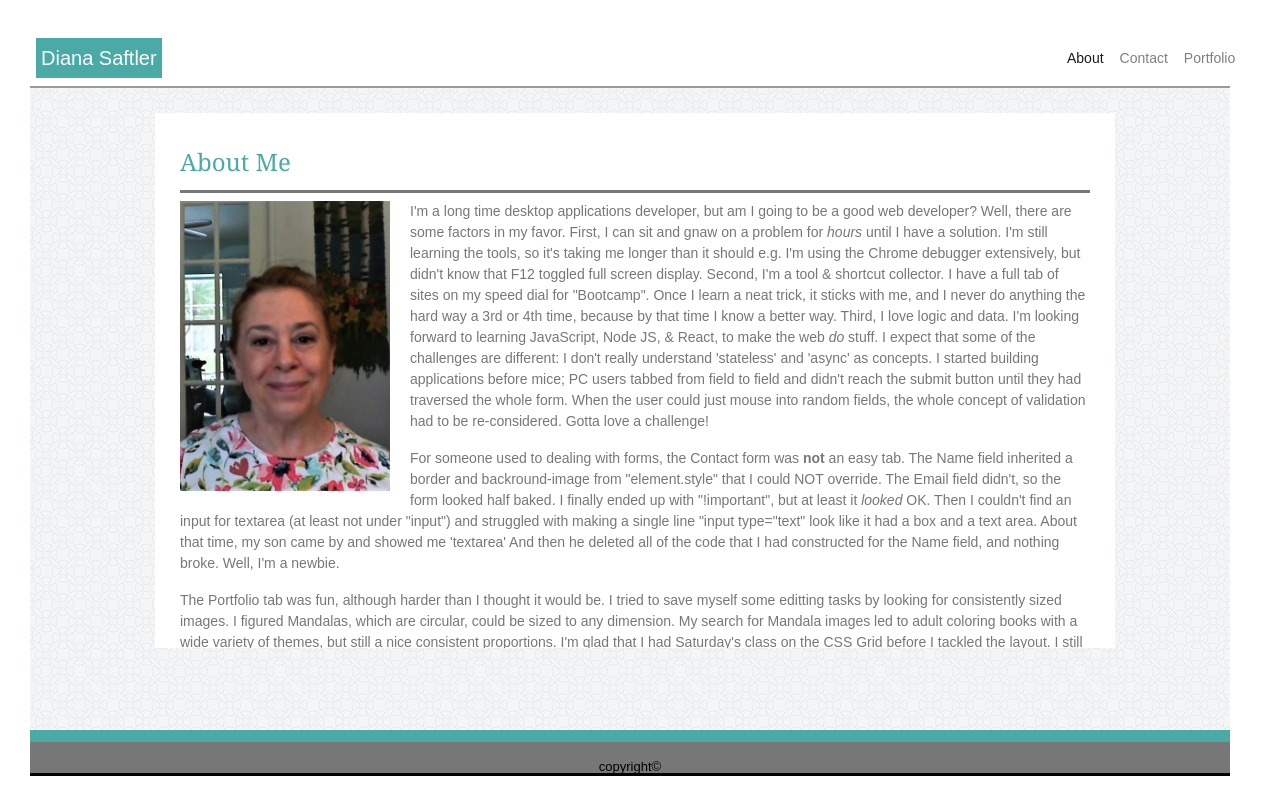
Repository: dsaftler/Bootstrap-Portfolio
Page: index.html
The author's editor kept a copy of each file at every save. The page is drawn from the files as they stood at one save, then again after the next save.
The browser window is 1280 px wide. The pictures show the whole page.
An inner scrolling area shows only its first screen.

Above is the page before, as saved 2019-03-20 22:23:04.

After the next save:
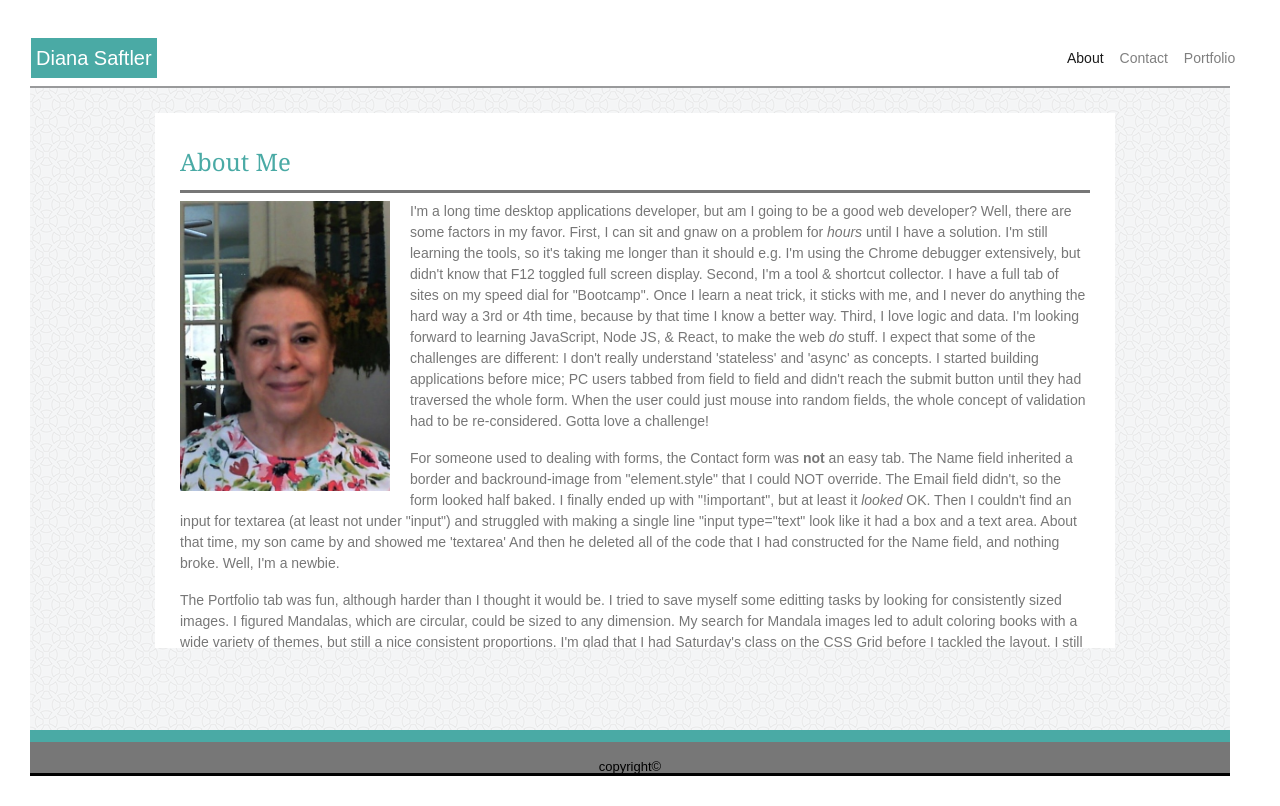
Saved 11 s later.
--- a/index.html
+++ b/index.html
@@ -10,7 +10,7 @@
 </head>
 <body>
     <nav class="navbar navbar-expand-lg navbar-light" >
-        <a class="navbar-brand"  style="background-color: #4aaaa5; color: white; padding-right: 5px; padding-left: 5px; margin-left: -10px" href="#"> Diana Saftler </a>
+        <a class="navbar-brand"  style="background-color: #4aaaa5; color: white; padding-right: 5px; padding-left: 5px; margin-left: -15px" href="#"> Diana Saftler </a>
         <button class="navbar-toggler" type="button" data-toggle="collapse" data-target="#navbarSupportedContent" aria-controls="navbarSupportedContent" aria-expanded="false" aria-label="Toggle navigation">
           <span class="navbar-toggler-icon"></span>
         </button>
